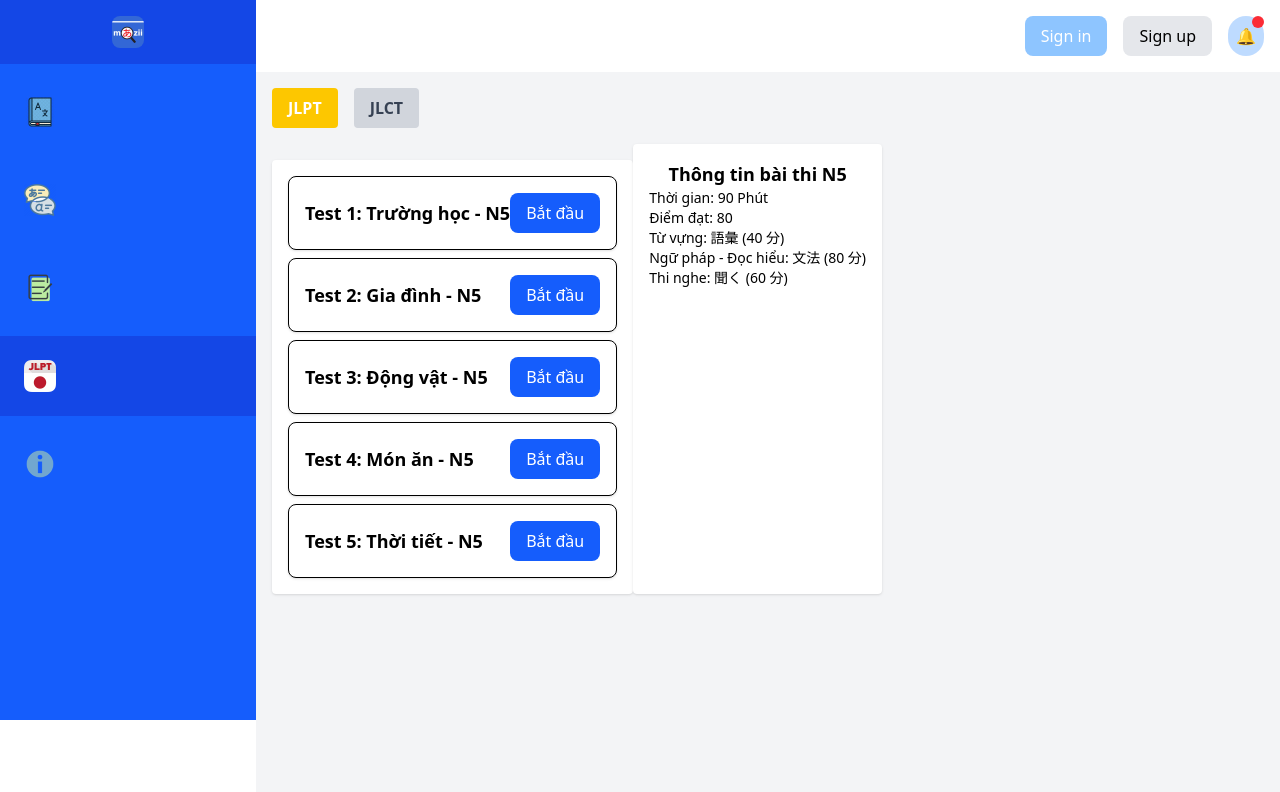
Repository: reminzuetto/JapaneseTranslationApp
Page: /jlpt
The author's editor kept a copy of each file at every save. The page is drawn from the files as they stood at one save, then again after the next save.
The browser window is 1280 px wide. The pictures show the whole page.
The page's requests for data from a server got no answer. The project was rebuilt for these pictures with package versions that can differ from the ones it lists, and the page was loaded fresh each time. No one was signed in, and anything a server would have sent is missing. Also part of the build but not shown: vite.config.js, src/components/Header/NotificationItem.jsx, src/components/SeachBar/DropDownButton.jsx, src/components/SeachBar/SearchInput.jsx, src/components/SeachBar/SearchBar.jsx, src/pages/Home.jsx, src/Firebase.jsx, src/pages/SignInForm.jsx and 8 more.

Above is the page before, as saved 2025-03-19 08:23:08.

### src/App.jsx
import React, { useState } from "react";
import { BrowserRouter as Router, Routes, Route } from "react-router-dom";
import Header from "./components/Header/Header";
import Home from "./pages/Home";
import Sidebar from "./components/SideBar/SideBar";
import SignInForm from "./pages/SignInForm";
import SignUpForm from "./pages/SignUpForm";
import SearchPage from "./pages/SearchPage";
import TranslatePage from "./pages/TranslatePage";
import CollectionPage from "./pages/CollectionPage";
import JLPTPage from "./pages/JLPTPage";
import AboutPage from "./pages/AboutPage";

function App() {
  const [isSidebarOpen, setIsSidebarOpen] = useState(false);

  return (
    <Router>
      <div className="flex">
        {/* Sidebar */}
        <Sidebar isOpen={isSidebarOpen} setIsOpen={setIsSidebarOpen} />

        {/* Nội dung chính */}
        <div
          className={`flex-1 transition-all duration-300 ${
            isSidebarOpen ? "ml-64" : "ml-20"
          }`}
        >
          <Header />
          <Routes>
            <Route path="/" element={<Home />} />
            <Route path="/signin" element={<SignInForm />} />
            <Route path="/signup" element={<SignUpForm />} />
            <Route path="/search" element={<SearchPage />} />
            <Route path="/translate" element={<TranslatePage />} />
            <Route path="/collection" element={<CollectionPage />} />
            <Route path="/jlpt" element={<JLPTPage />} />
            <Route path="/about" element={<AboutPage />} />
          </Routes>
        </div>
      </div>
    </Router>
  );
}

export default App;

### src/components/Header/Header.jsx
import React, { useState } from "react";
import useClickOutside from "../../hooks/useClickOutside";
import notificationsData from "/src/Data.js";
import NotificationItem from "../Header/NotificationItem";
import { Link } from "react-router-dom";

const Header = () => {
  const { show, setShow, nodeRef } = useClickOutside();
  const [notifications, setNotifications] = useState(notificationsData);

  const markAsSeen = (id) => {
    setNotifications((prev) =>
      prev.map((item) => (item.id === id ? { ...item, seen: true } : item))
    );
  };

  return (
    <header className="flex items-center justify-end p-4 bg-white shadow-md  top-0 left-0 w-full z-50">
      <div className="flex items-center gap-4">
        <Link to="/signin">
          <button className="px-4 py-2 text-white bg-blue-300 rounded-lg hover:bg-blue-500">
            Sign in
          </button>
        </Link>

        <Link to="/signup">
          <button className="px-4 py-2 text-blue bg-gray-200 rounded-lg hover:bg-blue-500 hover:text-white">
            Sign up
          </button>
        </Link>
        <div className="relative" ref={nodeRef}>
          <div
            className="relative p-2 rounded-full bg-blue-200 hover:bg-blue-400 cursor-pointer"
            onClick={() => setShow(!show)}
          >
            🔔
            {notifications.some((item) => !item.seen) && (
              <span className="absolute top-0 right-0 w-3 h-3 bg-red-500 rounded-full"></span>
            )}
          </div>

          {show && (
            <div className="absolute top-full -left-2 min-w-[250px] translate-x-[-100%] mt-2 bg-white shadow-lg rounded-lg border border-gray-200">
              {notifications.length > 0 ? (
                notifications.map((item) => (
                  <NotificationItem
                    key={item.id}
                    id={item.id}
                    title={item.title}
                    time={item.time}
                    seen={item.seen}
                    onMarkAsSeen={markAsSeen}
                  />
                ))
              ) : (
                <div className="p-4 text-center text-gray-400">
                  Không có thông báo mới
                </div>
              )}
            </div>
          )}
        </div>
      </div>
    </header>
  );
};

export default Header;

### src/components/SideBar/SideBar.jsx
import React from "react";
import { NavLink } from "react-router-dom";

const SidebarItem = ({ src, text, to }) => (
  <li className="w-full">
    <NavLink
      to={to}
      className={({ isActive }) =>
        `flex items-center h-20 text-gray-200 no-underline transition duration-500 hover:bg-blue-700 hover:text-white hover:shadow-lg hover:font-bold hover:rounded-lg hover:ml-3 hover:mr-3 ${
          isActive ? "bg-blue-700 font-bold text-white" : ""
        }`
      }
    >
      <img className="w-8 min-w-8 mx-6" src={src} alt={text} />
      <span className="hidden group-hover:block ml-4">{text}</span>
    </NavLink>
  </li>
);

const SideBar = ({ isOpen, setIsOpen }) => {
  const menuItems = [
    { src: "/src/assets/SearchIcon.png", text: "Search", to: "/search" },
    {
      src: "/src/assets/TranslateIcon.png",
      text: "Translate",
      to: "/translate",
    },
    {
      src: "/src/assets/CollectionIcon.png",
      text: "Collection",
      to: "/collection",
    },
    { src: "/src/assets/JLPTIcon.png", text: "JLPT", to: "/jlpt" },
    { src: "/src/assets/AboutIcon.jpg", text: "About us", to: "/about" },
  ];

  return (
    <nav
      className={`w-20 h-screen fixed z-51 bg-blue-600 transition-all duration-200 hover:w-64 group ${
        isOpen ? "w-64" : "w-20"
      }`}
      onMouseEnter={() => setIsOpen(true)}
      onMouseLeave={() => setIsOpen(false)}
    >
      <ul className="flex flex-col items-center space-y-2">
        <li className="w-full text-center py-4 bg-blue-700 font-bold uppercase text-white text-2xl">
          <NavLink className="flex items-center justify-center" to="/">
            <img
              className="w-8 h-8 rounded-lg transition-transform duration-600 group-hover:rotate-[-360deg]"
              src="/src/assets/MaziiLogo.png"
              alt="Mazii logo"
            />
            <span className="hidden group-hover:block ml-4">Mazzi</span>
          </NavLink>
        </li>
        {menuItems.map((item, index) => (
          <SidebarItem
            key={index}
            src={item.src}
            text={item.text}
            to={item.to}
          />
        ))}
      </ul>
    </nav>
  );
};

export default SideBar;

### src/pages/JLPTPage.jsx
import React, { useState, useEffect } from "react";
import JLPTTestItem from "/src/components/JLPTPage/JLPTTestItem";

const JLPTPage = () => {
  const [tests, setTests] = useState([]);

  useEffect(() => {
    fetch("japanese_test.json") // Để file json trong thư mục public
      .then((response) => response.json())
      .then((data) => setTests(data.tests))
      .catch((error) => console.error("Error loading test data:", error));
  }, []);

  const handleStartTest = (testId) => {
    console.log(`Bắt đầu bài kiểm tra với ID: ${testId}`);
    // Có thể điều hướng hoặc thay đổi state ở đây nếu cần
  };

  return (
    <div className="p-4 bg-gray-100 min-h-screen">
      {/* Thanh chọn loại kỳ thi */}
      <div className="flex space-x-4 mb-4">
        <button className="px-4 py-2 bg-yellow-400 text-white font-bold rounded">
          JLPT
        </button>
        <button className="px-4 py-2 bg-gray-300 text-gray-700 font-bold rounded">
          JLCT
        </button>
      </div>
      <div className="flex">
        <div className="mt-4 bg-white p-4 rounded shadow space-y-2">
          {tests.map((test, index) => (
            <JLPTTestItem
              key={test.id}
              test={test}
              index={index + 1}
              onStart={handleStartTest}
            />
          ))}
        </div>
        <div className="flex flex-col justify-start items-center bg-white p-4 rounded shadow">
          <h2 className="text-lg font-bold">Thông tin bài thi N5</h2>
          <div className="text-sm text-justify">
            <p>Thời gian: 90 Phút</p>
            <p>Điểm đạt: 80</p>
            <p>Từ vựng: 語彙 (40 分)</p>
            <p>Ngữ pháp - Đọc hiểu: 文法 (80 分)</p>
            <p>Thi nghe: 聞く (60 分)</p>
          </div>
        </div>
      </div>
    </div>
  );
};

export default JLPTPage;

### src/hooks/useClickOutside.jsx
import { useEffect, useRef, useState } from "react";

export default function useClickOutside(dom = "button") {
  const [show, setShow] = useState(false);
  const nodeRef = useRef(null);
  useEffect(() => {
    const handleClickOutside = (event) => {
      if (
        nodeRef.current &&
        !nodeRef.current.contains(event.target) &&
        !event.target.matches(dom)
      ) {
        setShow(false);
      }
    };
    document.addEventListener("click", handleClickOutside);
    return () => {
      document.removeEventListener("click", handleClickOutside);
    };
  }, []);

  return {
    show,
    setShow,
    nodeRef,
  };
}

### src/Data.js
const notificationsData = [
  {
    id: 1,
    title: "JavaScript Update",
    content: "Phiên bản mới của JavaScript đã được phát hành.",
    time: "10 phút trước",
    seen: false,
  },
  {
    id: 2,
    title: "ReactJS Tips",
    content: "Học cách tối ưu hóa hiệu suất trong ReactJS.",
    time: "30 phút trước",
    seen: true,
  },
  {
    id: 3,
    title: "VueJS News",
    content: "Vue 3 đang ngày càng phổ biến hơn!",
    time: "1 giờ trước",
    seen: false,
  },
  {
    id: 4,
    title: "Next.js Guide",
    content: "Làm thế nào để sử dụng Server Actions hiệu quả?",
    time: "3 giờ trước",
    seen: true,
  },
  {
    id: 5,
    title: "PostgreSQL Tips",
    content: "Cách tối ưu truy vấn SQL cho tốc độ nhanh hơn.",
    time: "5 giờ trước",
    seen: false,
  },
];

export default notificationsData;

### src/components/JLPTPage/JLPTTestItem.jsx
import React from "react";

const JLPTTestItem = ({ test, index, onStart }) => {
  return (
    <div className="flex justify-between items-center p-4 border rounded-lg shadow-sm bg-white">
      <span className="text-lg font-semibold">
        Test {index}: {test.topic} - {test.level}
      </span>
      <button
        onClick={() => onStart(test.id)}
        className="bg-blue-600 text-white px-4 py-2 rounded-lg hover:bg-blue-700"
      >
        Bắt đầu
      </button>
    </div>
  );
};

export default JLPTTestItem;

### public/japanese_test.json
{
  "tests": [
    {
      "id": "001",
      "topic": "Trường học",
      "level": "N5",
      "questions": [
        {
          "question_id": 1,
          "question": "Từ '学校' có nghĩa là gì?",
          "answers": ["Trường học", "Giáo viên", "Sách", "Nhà"],
          "correct_answer": "A",
          "explain": "学校 (gakkou) là danh từ tiếng Nhật nghĩa là 'trường học'."
        },
        {
          "question_id": 2,
          "question": "Từ '先生' có nghĩa là gì?",
          "answers": ["Học sinh", "Giáo viên", "Bác sĩ", "Cảnh sát"],
          "correct_answer": "B",
          "explain": "先生 (sensei) có nghĩa là 'giáo viên' hoặc 'thầy cô'."
        }
      ]
    },
    {
      "id": "002",
      "topic": "Gia đình",
      "level": "N5",
      "questions": [
        {
          "question_id": 1,
          "question": "Từ '父' có nghĩa là gì?",
          "answers": ["Anh trai", "Bố", "Chú", "Bạn"],
          "correct_answer": "B",
          "explain": "父 (chichi) là cách gọi 'bố' trong tiếng Nhật."
        },
        {
          "question_id": 2,
          "question": "Từ '母' có nghĩa là gì?",
          "answers": ["Mẹ", "Chị gái", "Dì", "Cô giáo"],
          "correct_answer": "A",
          "explain": "母 (haha) có nghĩa là 'mẹ' trong tiếng Nhật."
        }
      ]
    },
    {
      "id": "003",
      "topic": "Động vật",
      "level": "N5",
      "questions": [
        {
          "question_id": 1,
          "question": "Từ '猫' có nghĩa là gì?",
          "answers": ["Chó", "Mèo", "Chuột", "Bò"],
          "correct_answer": "B",
          "explain": "猫 (neko) có nghĩa là 'mèo' trong tiếng Nhật."
        },
        {
          "question_id": 2,
          "question": "Từ '犬' có nghĩa là gì?",
          "answers": ["Chó", "Mèo", "Cá", "Thỏ"],
          "correct_answer": "A",
          "explain": "犬 (inu) có nghĩa là 'chó' trong tiếng Nhật."
        }
      ]
    },
    {
      "id": "004",
      "topic": "Món ăn",
      "level": "N5",
      "questions": [
        {
          "question_id": 1,
          "question": "Từ '寿司' có nghĩa là gì?",
          "answers": ["Mì", "Cơm cuộn", "Sushi", "Bánh"],
          "correct_answer": "C",
          "explain": "寿司 (sushi) là một món ăn truyền thống của Nhật Bản."
        },
        {
          "question_id": 2,
          "question": "Từ 'ラーメン' có nghĩa là gì?",
          "answers": ["Mì Ramen", "Bánh mì", "Bánh ngọt", "Cơm nắm"],
          "correct_answer": "A",
          "explain": "ラーメン (ramen) là món mì nổi tiếng của Nhật Bản."
        }
      ]
    },
    {
      "id": "005",
      "topic": "Thời tiết",
      "level": "N5",
      "questions": [
        {
          "question_id": 1,
          "question": "Từ '雨' có nghĩa là gì?",
          "answers": ["Nắng", "Mưa", "Gió", "Tuyết"],
          "correct_answer": "B",
          "explain": "雨 (ame) có nghĩa là 'mưa' trong tiếng Nhật."
        },
        {
          "question_id": 2,
          "question": "Từ '雪' có nghĩa là gì?",
          "answers": ["Mưa", "Tuyết", "Gió", "Sấm"],
          "correct_answer": "B",
          "explain": "雪 (yuki) có nghĩa là 'tuyết' trong tiếng Nhật."
        }
      ]
    }
  ]
}

Loaded but not shown: index.html (common file); src/main.jsx (common file); src/index.css (common file)

After the next save:
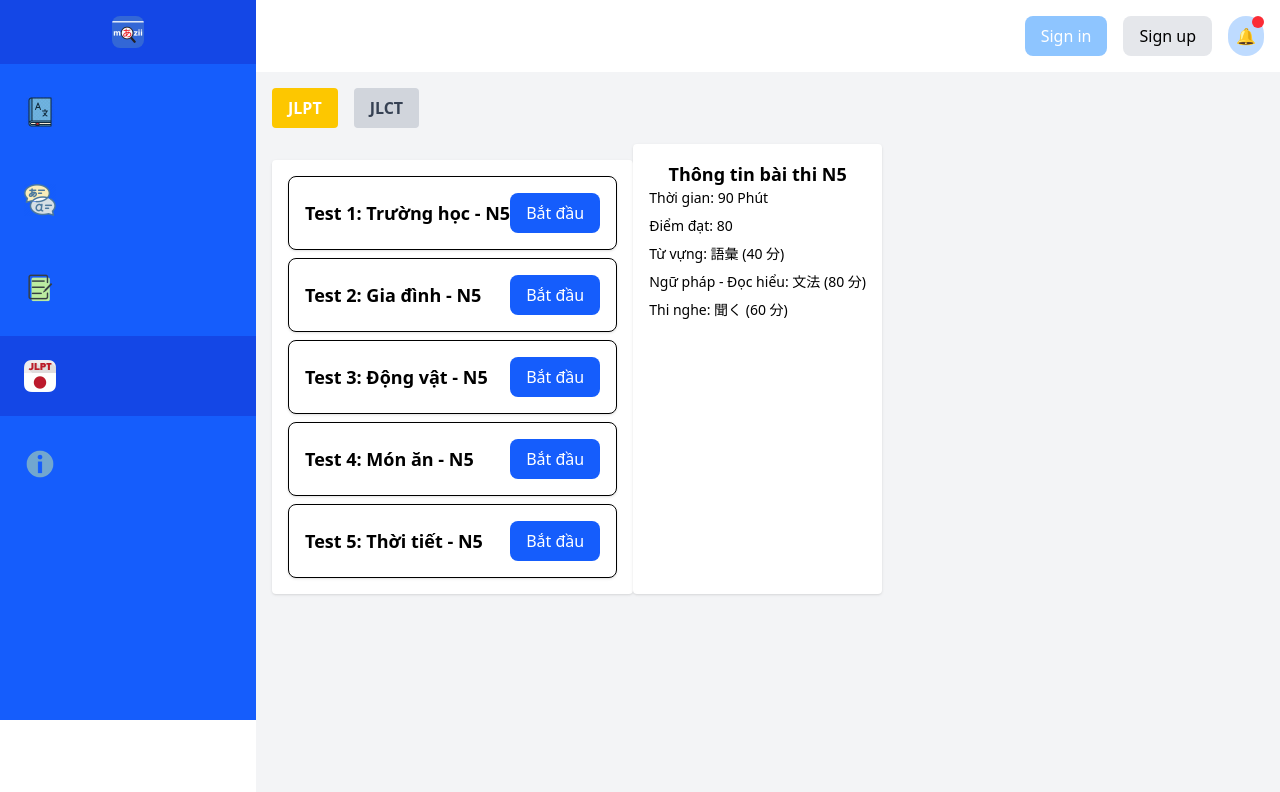
Saved 9 s later.
--- a/src/pages/JLPTPage.jsx
+++ b/src/pages/JLPTPage.jsx
@@ -40,7 +40,7 @@
         </div>
         <div className="flex flex-col justify-start items-center bg-white p-4 rounded shadow">
           <h2 className="text-lg font-bold">Thông tin bài thi N5</h2>
-          <div className="text-sm text-justify">
+          <div className="text-sm flex flex-col space-y-2">
             <p>Thời gian: 90 Phút</p>
             <p>Điểm đạt: 80</p>
             <p>Từ vựng: 語彙 (40 分)</p>

After the save that followed:
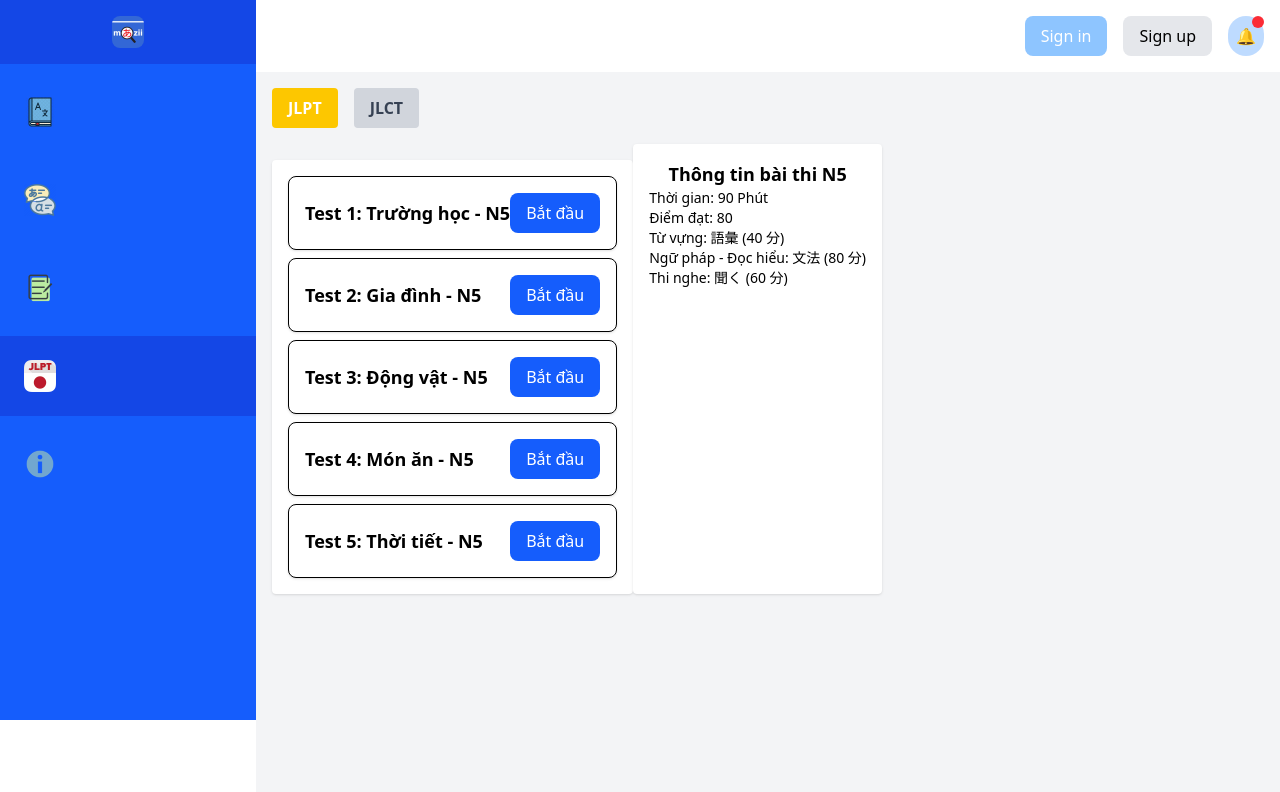
Saved 8 s later.
--- a/src/pages/JLPTPage.jsx
+++ b/src/pages/JLPTPage.jsx
@@ -40,7 +40,7 @@
         </div>
         <div className="flex flex-col justify-start items-center bg-white p-4 rounded shadow">
           <h2 className="text-lg font-bold">Thông tin bài thi N5</h2>
-          <div className="text-sm flex flex-col space-y-2">
+          <div className="text-sm flex flex-col justify-center">
             <p>Thời gian: 90 Phút</p>
             <p>Điểm đạt: 80</p>
             <p>Từ vựng: 語彙 (40 分)</p>
